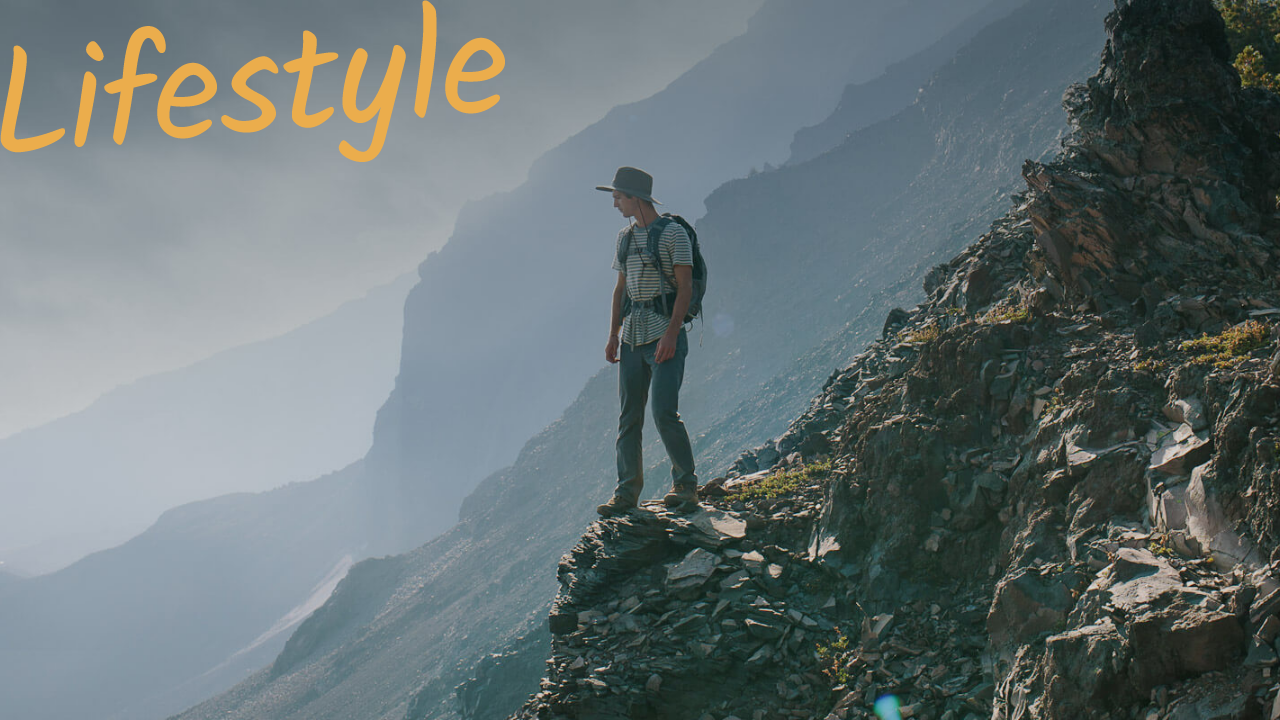
Repository: MalgorzataMazur/BeLife
Page: index.html
An editor plug-in stored every save of this project. The page is shown before and after the next save, followed by the edit.
The browser window is 1280 px wide. The pictures show the whole page.

Above is the page before, as saved 2019-10-29 19:13:31.

After the next save:
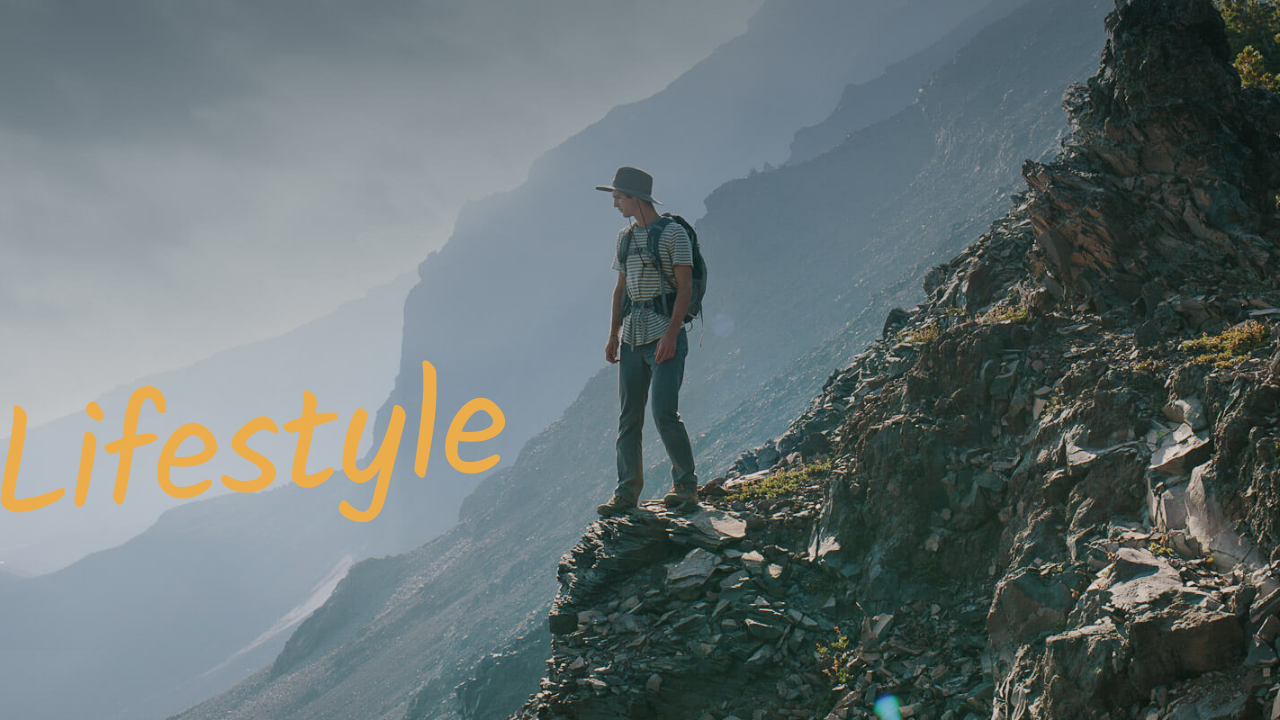
Saved 114 s later.
--- a/resources/css/style.css
+++ b/resources/css/style.css
@@ -25,6 +25,8 @@ header {
 .hero-logo-box {
     position: absolute;
     width: 1140px;
+    top: 50%;
+    left: auto;
 }
 
 h1 {
